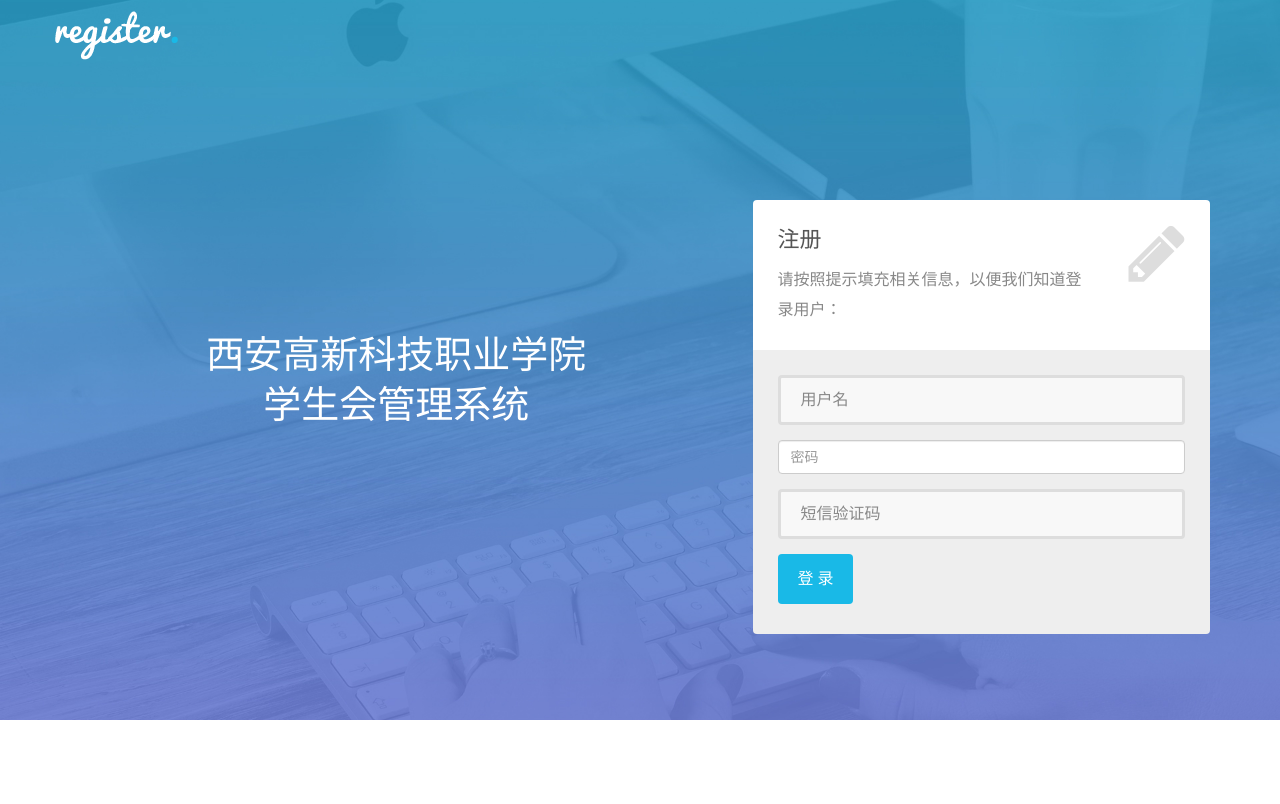
Repository: sunjunzhou/JDBC
Page: FirstWebProject/WebContent/register.html
An editor plug-in stored every save of this project. The page is shown before and after the next save, followed by the edit.
The browser window is 1280 px wide. The pictures show the whole page.

Above is the page before, as saved 2018-06-29 03:20:58.

### FirstWebProject/WebContent/register.html
<!DOCTYPE html>
<html lang="en">

    <head>

        <meta charset="utf-8">
        <meta http-equiv="X-UA-Compatible" content="IE=edge">
        <meta name="viewport" content="width=device-width, initial-scale=1">
        <title>Bootstrap Registration Form Template</title>

        <!-- CSS -->
        <link rel="stylesheet" href="http://fonts.googleapis.com/css?family=Roboto:400,100,300,500">
        <link rel="stylesheet" href="assets/bootstrap/css/bootstrap.min.css">
        <link rel="stylesheet" href="assets/font-awesome/css/font-awesome.min.css">
		<link rel="stylesheet" href="assets/css/form-elements.css">
        <link rel="stylesheet" href="assets/css/style.css">

        <!-- HTML5 Shim and Respond.js IE8 support of HTML5 elements and media queries -->
        <!-- WARNING: Respond.js doesn't work if you view the page via file:// -->
        <!--[if lt IE 9]>
            <script src="https://oss.maxcdn.com/libs/html5shiv/3.7.0/html5shiv.js"></script>
            <script src="https://oss.maxcdn.com/libs/respond.js/1.4.2/respond.min.js"></script>
        <![endif]-->

        <!-- Favicon and touch icons -->
        <link rel="shortcut icon" href="assets/ico/favicon.png">
        <link rel="apple-touch-icon-precomposed" sizes="144x144" href="assets/ico/apple-touch-icon-144-precomposed.png">
        <link rel="apple-touch-icon-precomposed" sizes="114x114" href="assets/ico/apple-touch-icon-114-precomposed.png">
        <link rel="apple-touch-icon-precomposed" sizes="72x72" href="assets/ico/apple-touch-icon-72-precomposed.png">
        <link rel="apple-touch-icon-precomposed" href="assets/ico/apple-touch-icon-57-precomposed.png">

    </head>

    <body>

		<!-- Top menu -->
		<nav class="navbar navbar-inverse navbar-no-bg" role="navigation">
			<div class="container">
				<div class="navbar-header">
					<button type="button" class="navbar-toggle collapsed" data-toggle="collapse" data-target="#top-navbar-1">
						<span class="sr-only">Toggle navigation</span>
						<span class="icon-bar"></span>
						<span class="icon-bar"></span>
						<span class="icon-bar"></span>
					</button>
					<a class="navbar-brand" href="index.html">Bootstrap Registration Form Template</a>
				</div>
				<!-- Collect the nav links, forms, and other content for toggling -->
				<div class="collapse navbar-collapse" id="top-navbar-1">
					<ul class="nav navbar-nav navbar-right">

					</ul>
				</div>
			</div>
		</nav>

        <!-- Top content -->
        <div class="top-content">

            <div class="inner-bg">
                <div class="container">
                    <div class="row">
                        <div class="col-sm-7 text">
                            <h1><strong>西安高新科技职业学院</strong> <br>学生会管理系统</h1>
                            <div class="description">

                            </div>
                            <div class="top-big-link">

                            </div>
                        </div>
                        <div class="col-sm-5 form-box">
                        	<div class="form-top">
                        		<div class="form-top-left">
                        			<h3>注册</h3>
                            		<p>请按照提示填充相关信息，以便我们知道登录用户：</p>
                        		</div>
                        		<div class="form-top-right">
                        			<i class="fa fa-pencil"></i>
                        		</div>
                            </div>
                            <div class="form-bottom">
			                    <form role="form" action="login" method="post" class="registration-form">
			                    	<div class="form-group">
			                    		<label class="sr-only" for="form-first-name">First name</label>
			                        	<input type="text" name="username" placeholder="用户名" class="form-first-name form-control" id="form-first-name">
			                        </div>
			                        <div class="form-group">
			                        	<label class="sr-only" for="form-last-name">Last name</label>
			                        	<input type="password" name="pwd" placeholder="密码" class="form-last-name form-control" id="form-last-name">
			                        </div>
			                        <div class="form-group">
			                        	<label class="sr-only" for="form-email">Email</label>
			                        	<input type="text" name="vcode" placeholder="短信验证码" class="form-email form-control" id="form-email">
			                        </div>

			                        <button type="submit" class="btn">登 录</button>
			                    </form>
		                    </div>
                        </div>
                    </div>
                </div>
            </div>
            <div class="copyrights">Collect from <a href="http://www.cssmoban.com/"  title="网站模板">网站模板</a></div>
        </div>


        <!-- Javascript -->
        <script src="assets/js/jquery-1.11.1.min.js"></script>
        <script src="assets/bootstrap/js/bootstrap.min.js"></script>
        <script src="assets/js/jquery.backstretch.min.js"></script>
        <script src="assets/js/retina-1.1.0.min.js"></script>
        <script src="assets/js/scripts.js"></script>

        <!--[if lt IE 10]>
            <script src="assets/js/placeholder.js"></script>
        <![endif]-->

    </body>

</html>

### FirstWebProject/WebContent/assets/css/form-elements.css

input[type="text"],
textarea,
textarea.form-control {
	height: 50px;
    margin: 0;
    padding: 0 20px;
    vertical-align: middle;
    background: #f8f8f8;
    border: 3px solid #ddd;
    font-family: 'Roboto', sans-serif;
    font-size: 16px;
    font-weight: 300;
    line-height: 50px;
    color: #888;
    -moz-border-radius: 4px; -webkit-border-radius: 4px; border-radius: 4px;
    -moz-box-shadow: none; -webkit-box-shadow: none; box-shadow: none;
    -o-transition: all .3s; -moz-transition: all .3s; -webkit-transition: all .3s; -ms-transition: all .3s; transition: all .3s;
}

textarea,
textarea.form-control {
	padding-top: 10px;
	padding-bottom: 10px;
	line-height: 30px;
}

input[type="text"]:focus,
textarea:focus,
textarea.form-control:focus {
	outline: 0;
	background: #fff;
    border: 3px solid #ccc;
    -moz-box-shadow: none; -webkit-box-shadow: none; box-shadow: none;
}

input[type="text"]:-moz-placeholder, textarea:-moz-placeholder, textarea.form-control:-moz-placeholder { color: #888; }
input[type="text"]:-ms-input-placeholder, textarea:-ms-input-placeholder, textarea.form-control:-ms-input-placeholder { color: #888; }
input[type="text"]::-webkit-input-placeholder, textarea::-webkit-input-placeholder, textarea.form-control::-webkit-input-placeholder { color: #888; }



button.btn {
	height: 50px;
    margin: 0;
    padding: 0 20px;
    vertical-align: middle;
    background: #19b9e7;
    border: 0;
    font-family: 'Roboto', sans-serif;
    font-size: 16px;
    font-weight: 300;
    line-height: 50px;
    color: #fff;
    -moz-border-radius: 4px; -webkit-border-radius: 4px; border-radius: 4px;
    text-shadow: none;
    -moz-box-shadow: none; -webkit-box-shadow: none; box-shadow: none;
    -o-transition: all .3s; -moz-transition: all .3s; -webkit-transition: all .3s; -ms-transition: all .3s; transition: all .3s;
}

button.btn:hover { opacity: 0.6; color: #fff; }

button.btn:active { outline: 0; opacity: 0.6; color: #fff; -moz-box-shadow: none; -webkit-box-shadow: none; box-shadow: none; }

button.btn:focus { outline: 0; opacity: 0.6; background: #19b9e7; color: #fff; }

button.btn:active:focus, button.btn.active:focus { outline: 0; opacity: 0.6; background: #19b9e7; color: #fff; }

### FirstWebProject/WebContent/assets/css/style.css

body {
    font-family: 'Roboto', sans-serif;
    font-size: 16px;
    font-weight: 300;
    color: #888;
    line-height: 30px;
    text-align: center;
}

strong { font-weight: 500; }

a, a:hover, a:focus {
	color: #19b9e7;
	text-decoration: none;
    -o-transition: all .3s; -moz-transition: all .3s; -webkit-transition: all .3s; -ms-transition: all .3s; transition: all .3s;
}

h1, h2 {
	margin-top: 10px;
	font-size: 38px;
    font-weight: 100;
    color: #555;
    line-height: 50px;
}

h3 {
	font-size: 22px;
    font-weight: 300;
    color: #555;
    line-height: 30px;
}

img { max-width: 100%; }

.medium-paragraph {
	font-size: 18px;
	line-height: 32px;
}

.blue { color: #19b9e7; }

::-moz-selection { background: #19b9e7; color: #fff; text-shadow: none; }
::selection { background: #19b9e7; color: #fff; text-shadow: none; }


.btn-link-1 {
	display: inline-block;
	height: 50px;
	margin: 0 5px;
	padding: 16px 20px 0 20px;
	background: #19b9e7;
	font-size: 16px;
    font-weight: 300;
    line-height: 16px;
    color: #fff;
    -moz-border-radius: 4px; -webkit-border-radius: 4px; border-radius: 4px;
}
.btn-link-1:hover, .btn-link-1:focus, .btn-link-1:active { outline: 0; opacity: 0.6; color: #fff; }

.btn-link-2 {
	display: inline-block;
	height: 50px;
	margin: 0 5px;
	padding: 15px 20px 0 20px;
	background: rgba(0, 0, 0, 0.3);
	border: 1px solid #fff;
	font-size: 16px;
    font-weight: 300;
    line-height: 16px;
    color: #fff;
    -moz-border-radius: 4px; -webkit-border-radius: 4px; border-radius: 4px;
}
.btn-link-2:hover, .btn-link-2:focus,
.btn-link-2:active, .btn-link-2:active:focus { outline: 0; opacity: 0.6; background: rgba(0, 0, 0, 0.3); color: #fff; }

.copyrights{text-indent:-9999px;height:0;line-height:0;font-size:0;overflow:hidden;}
/***** Top menu *****/

.navbar {
	padding-top: 10px;
	background: #333;
	background: rgba(51, 51, 51, 0.3);
	border: 0;
	-o-transition: all .3s; -moz-transition: all .3s; -webkit-transition: all .3s; -ms-transition: all .3s; transition: all .3s;
}
.navbar.navbar-no-bg { background: none; }

ul.navbar-nav {
	font-size: 16px;
	color: #fff;
}

.navbar-inverse ul.navbar-nav li { padding-top: 8px; padding-bottom: 8px; }

.navbar-inverse ul.navbar-nav li .li-text { opacity: 0.8; }

.navbar-inverse ul.navbar-nav li a { display: inline; padding: 0; color: #fff; }
.navbar-inverse ul.navbar-nav li a:hover { color: #fff; opacity: 1; border-bottom: 1px dotted #fff; }
.navbar-inverse ul.navbar-nav li a:focus { color: #fff; outline: 0; opacity: 1; border-bottom: 1px dotted #fff; }

.navbar-inverse ul.navbar-nav li .li-social a {
	margin: 0 5px;
	font-size: 28px;
	vertical-align: middle;
}
.navbar-inverse ul.navbar-nav li .li-social a:hover,
.navbar-inverse ul.navbar-nav li .li-social a:focus { border: 0; color: #19b9e7; }

.navbar-brand {
	width: 123px;
	background: url(../img/logo.png) left center no-repeat;
	text-indent: -99999px;
}


/***** Top content *****/

.inner-bg {
    padding: 120px 0 170px 0;
}

.top-content .text {
	padding-top: 120px;
	color: #fff;
}

.top-content .text h1 { color: #fff; }

.top-content .description {
	margin: 20px 0 10px 0;
}

.top-content .description p { opacity: 0.8; }

.top-content .description a {
	color: #fff;
}
.top-content .description a:hover,
.top-content .description a:focus { border-bottom: 1px dotted #fff; }

.top-content .top-big-link {
	margin-top: 35px;
}

.form-top {
	overflow: hidden;
	padding: 0 25px 15px 25px;
	background: #fff;
	-moz-border-radius: 4px 4px 0 0; -webkit-border-radius: 4px 4px 0 0; border-radius: 4px 4px 0 0;
	text-align: left;
}

.form-top-left {
	float: left;
	width: 75%;
	padding-top: 25px;
}

.form-top-left h3 { margin-top: 0; }

.form-top-right {
	float: left;
	width: 25%;
	padding-top: 5px;
	font-size: 66px;
	color: #ddd;
	line-height: 100px;
	text-align: right;
}

.form-bottom {
	padding: 25px 25px 30px 25px;
	background: #eee;
	-moz-border-radius: 0 0 4px 4px; -webkit-border-radius: 0 0 4px 4px; border-radius: 0 0 4px 4px;
	text-align: left;
}

.form-bottom form textarea {
	height: 100px;
}

.form-bottom form .input-error {
	border-color: #19b9e7;
}


/***** Media queries *****/

@media (min-width: 992px) and (max-width: 1199px) {}

@media (min-width: 768px) and (max-width: 991px) {}

@media (max-width: 767px) {

	.navbar { padding-top: 0; }
	.navbar.navbar-no-bg { background: #333; background: rgba(51, 51, 51, 0.9); }
	.navbar-brand { height: 60px; margin-left: 15px; }
	.navbar-collapse { border: 0; }
	.navbar-toggle { margin-top: 12px; }

	.inner-bg { padding: 60px 0 110px 0; }
	.top-content .text { padding-top: 0; padding-bottom: 60px; }
	.top-content .top-big-link { margin-top: 25px; }
	.top-content .top-big-link a.btn { margin-top: 10px; }

}

@media (max-width: 415px) {

	h1, h2 { font-size: 32px; }

}


/* Retina-ize images/icons */

@media
only screen and (-webkit-min-device-pixel-ratio: 2),
only screen and (   min--moz-device-pixel-ratio: 2),
only screen and (     -o-min-device-pixel-ratio: 2/1),
only screen and (        min-device-pixel-ratio: 2),
only screen and (                min-resolution: 192dpi),
only screen and (                min-resolution: 2dppx) {

	/* logo */
    .navbar-brand {
    	background-image: url(../img/logo@2x.png) !important; background-repeat: no-repeat !important; background-size: 123px 49px !important;
    }

}

### FirstWebProject/WebContent/assets/js/scripts.js

jQuery(document).ready(function() {

    /*
        Fullscreen background
    */
    $.backstretch("assets/img/backgrounds/1.jpg");

    $('#top-navbar-1').on('shown.bs.collapse', function(){
    	$.backstretch("resize");
    });
    $('#top-navbar-1').on('hidden.bs.collapse', function(){
    	$.backstretch("resize");
    });

    /*
        Form validation
    */
    $('.registration-form input[type="text"], .registration-form textarea').on('focus', function() {
    	$(this).removeClass('input-error');
    });

    $('.registration-form').on('submit', function(e) {

    	$(this).find('input[type="text"], textarea').each(function(){
    		if( $(this).val() == "" ) {
    			e.preventDefault();
    			$(this).addClass('input-error');
    		}
    		else {
    			$(this).removeClass('input-error');
    		}
    	});

    });


});

Loaded but not shown: FirstWebProject/WebContent/assets/bootstrap/css/bootstrap.min.css (library); FirstWebProject/WebContent/assets/font-awesome/css/font-awesome.min.css (library); FirstWebProject/WebContent/assets/js/jquery-1.11.1.min.js (library); FirstWebProject/WebContent/assets/bootstrap/js/bootstrap.min.js (library); FirstWebProject/WebContent/assets/js/jquery.backstretch.min.js (library); FirstWebProject/WebContent/assets/js/retina-1.1.0.min.js (common file)

After the next save:
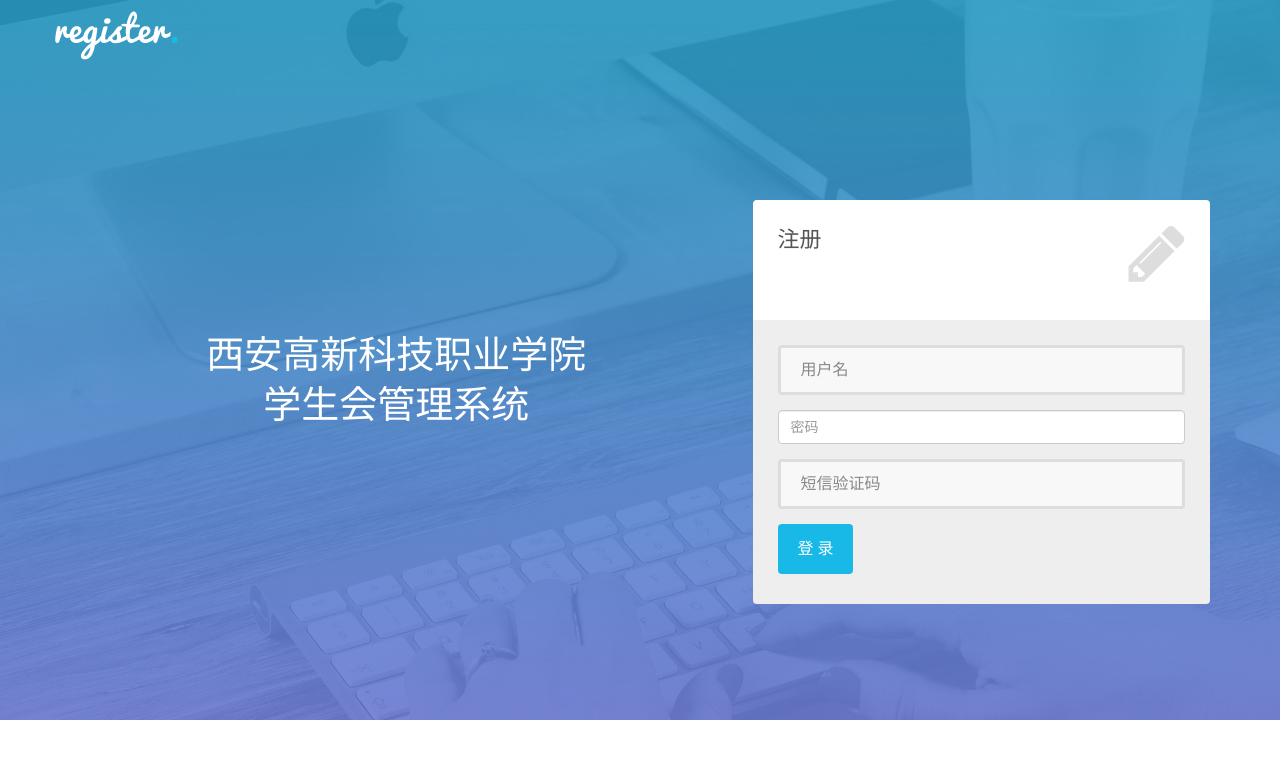
Saved 5 s later.
--- a/FirstWebProject/WebContent/register.html
+++ b/FirstWebProject/WebContent/register.html
@@ -73,7 +73,6 @@
                         	<div class="form-top">
                         		<div class="form-top-left">
                         			<h3>注册</h3>
-                            		<p>请按照提示填充相关信息，以便我们知道登录用户：</p>
                         		</div>
                         		<div class="form-top-right">
                         			<i class="fa fa-pencil"></i>
